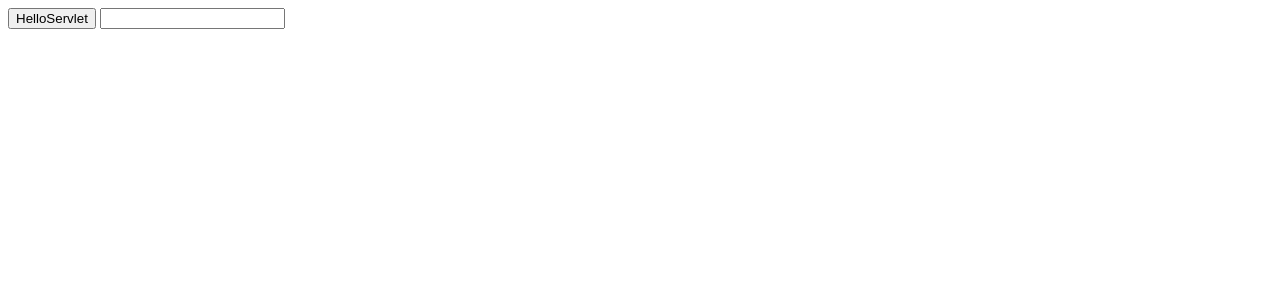
Repository: Rush-light/backup
Page: http://localhost/Helloservlet/
The author's editor kept a copy of each file at every save. The page is drawn from the files as they stood at one save, then again after the next save.
The browser window is 1280 px wide. The pictures show the whole page.
The page is served by Tomcat 9.

Above is the page before, as saved 2018-02-05 11:37:57.

After the next save:
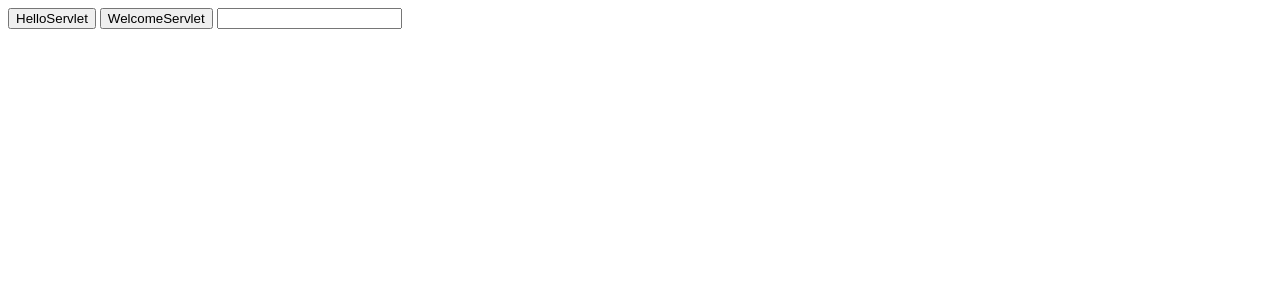
Saved 2 min 27 s later.
--- a/Helloservlet/WebContent/index.jsp
+++ b/Helloservlet/WebContent/index.jsp
@@ -9,6 +9,9 @@
 <body>
 
 <input type="button" value="HelloServlet" onClick="location.href='HelloServlet'">
+
+<input type="button" value="WelcomeServlet" onClick="location.href='HelloServlet'">
+
 <input type="java" contentType="text/html; charaset=UTF-8" pageEncoding="UTF-8">
 
 </body>
